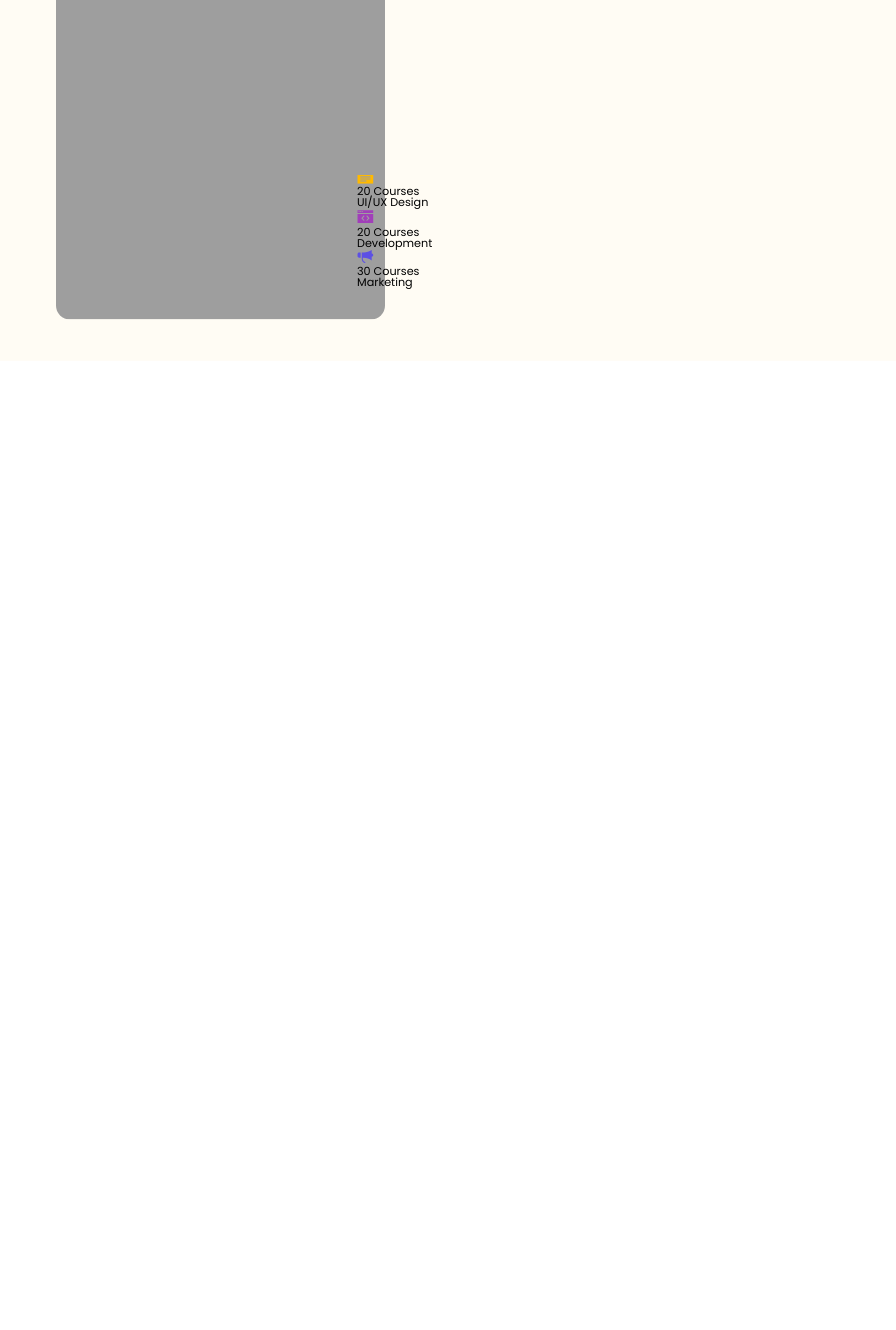
Repository: dovanlanh/f8-project-02
Page: index.html
An editor plug-in stored every save of this project. The page is shown before and after the next save, followed by the edit.
The browser window is 1280 px wide. The pictures show the part of the page from y = 378 to 2278 px (the page is 10000 px tall), at 70% of full size.
Pictures or frames that could not be fetched are drawn as grey boxes.

Above is the page before, as saved 2023-02-05 10:32:33.

After the next save:
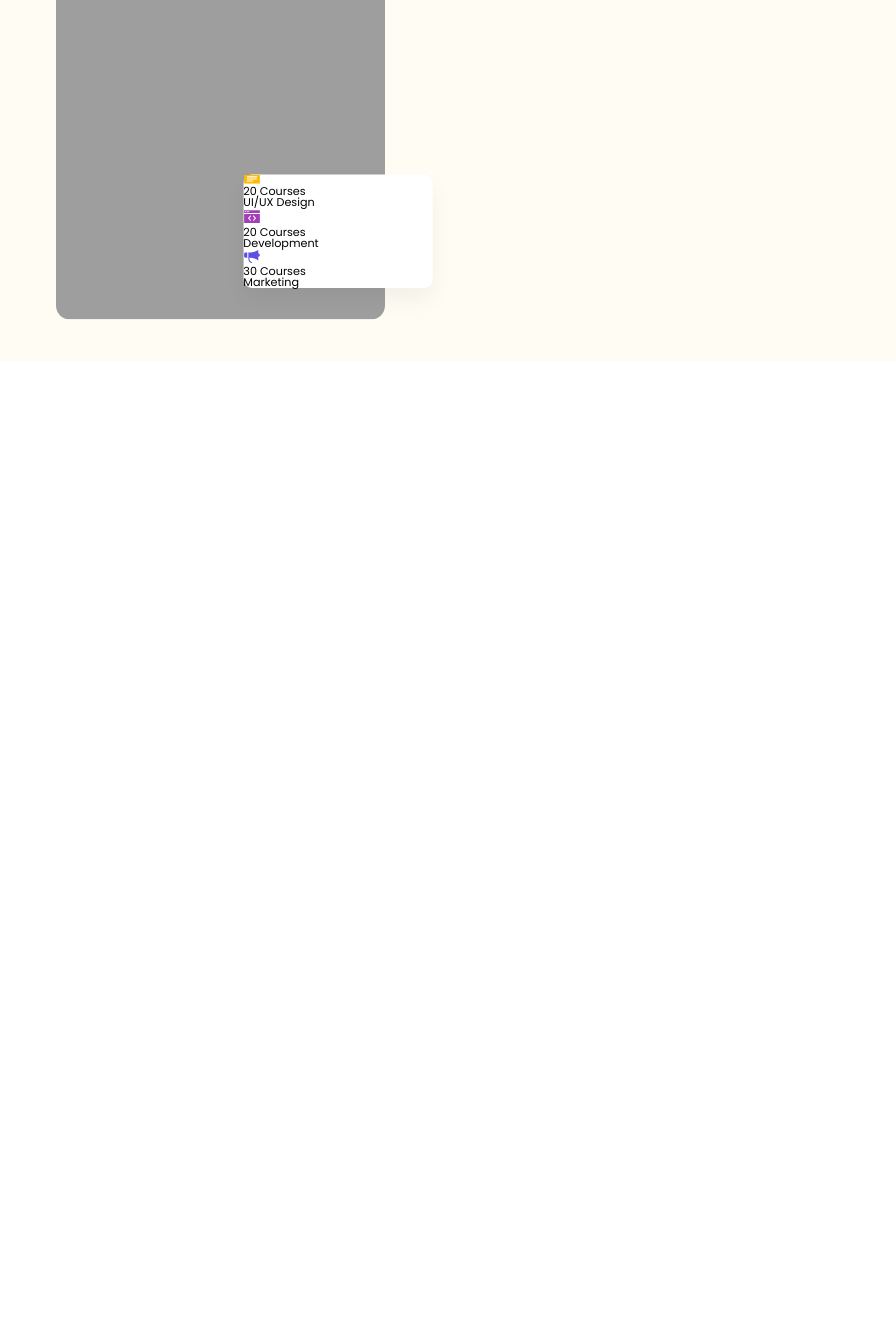
Saved 100 s later.
--- a/assets/css/styles.css
+++ b/assets/css/styles.css
@@ -116,3 +116,9 @@ a {
     right: 0;
     bottom: 48px;
 }
+.hero .hero-summary {
+    width: 270px;
+    background: #FFFFFF;
+    box-shadow: 0px 16px 32px rgba(0, 0, 0, 0.05);
+    border-radius: 12px;
+}
